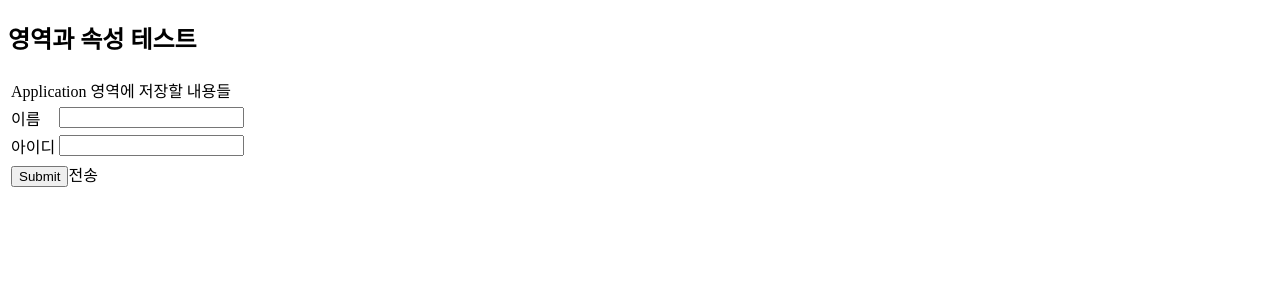
Repository: BancaKim/teamproject4
Page: http://localhost/JspDay3/JSPTEST2/dataTest1.jsp
The author's editor kept a copy of each file at every save. The page is drawn from the files as they stood at one save, then again after the next save.
The browser window is 1280 px wide. The pictures show the whole page.
The page is served by Tomcat 9.

Above is the page before, as saved 2024-05-02 00:32:14.

After the next save:
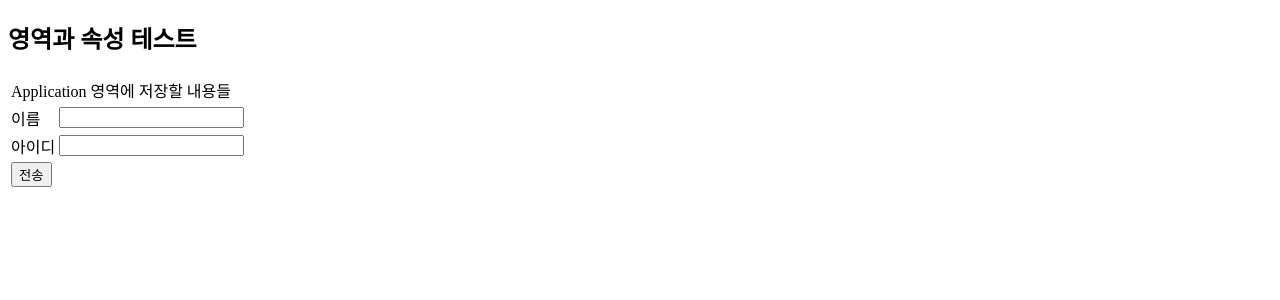
Saved 10 s later.
--- a/JspDay3/src/main/webapp/JSPTEST2/dataTest1.jsp
+++ b/JspDay3/src/main/webapp/JSPTEST2/dataTest1.jsp
@@ -22,7 +22,7 @@
 			<td><input type="text"></td>
 		</tr>
 		<tr>
-			<td colspan="2"><input type="submit">전송</td>
+			<td colspan="2"><input type="submit" value="전송"></td>
 		</tr>
 </table>
 
